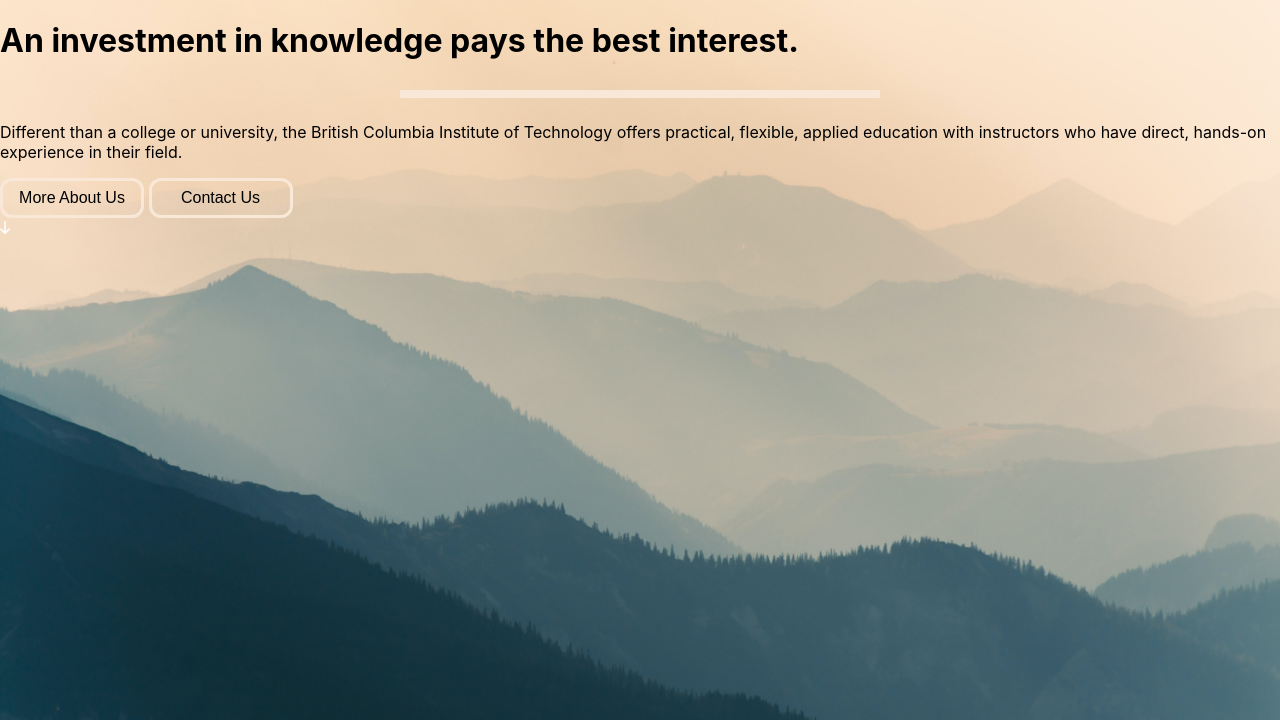
Repository: SaraShio/A01314209_Sara_Shiojima
Page: /
The author's editor kept a copy of each file at every save. The page is drawn from the files as they stood at one save, then again after the next save.
The browser window is 1280 px wide. The pictures show the whole page.
The project was rebuilt for these pictures with package versions that can differ from the ones it lists, and the page was loaded fresh each time. The framework's server and built-in components were replaced by stand-ins that run in the browser. Also part of the build but not shown: next.config.js.

Above is the page before, as saved 2023-02-07 22:43:58.

### pages/index.js
import Head from 'next/head'
import Image from 'next/image'
import styles from '../styles/Home.module.css'
import Link from 'next/link'
import Arrow from '../components/Arrow'

export default function Home() {
  return (
    <>
      <Head>
        <title>Home</title>
        <meta name="author" content="MDIA 2109" />
        <meta property="og:title" content="Assignment #1 - Home Page" />
        <meta property="og:description" content="BCIT Digital Design and Development Diploma" />
        <link rel="icon" href='/favicon.png' />
      </Head>

      <main className={styles.main}>
        <div className={styles.content}>
          <header>
            <h1>An investment in knowledge pays the best interest.</h1>
          </header>
          <hr className={styles.line}></hr>
          <p>Different than a college or university, the British Columbia Institute of Technology offers practical, flexible, applied education with instructors who have direct, hands-on experience in their field.</p>
          <div>
            <a href='/about'> <button className={styles.button}>More About Us</button></a>

            <a href='/contact'> <button className={styles.button}>Contact Us</button></a>
          </div>
        </div>
        <Arrow page="Home" />
      </main>
    </>
  )
}

### styles/globals.css
:root{
  --beige:#f9e8d8;
  --black: #000000;
  }


html,
body {
  padding: 0;
  margin: 0;
  font-family: -apple-system, BlinkMacSystemFont, Segoe UI, Roboto, Oxygen,
    Ubuntu, Cantarell, Fira Sans, Droid Sans, Helvetica Neue, sans-serif;
}

a {
  color: inherit;
  text-decoration: none;
}

* {
  box-sizing: border-box;
}

@media (prefers-color-scheme: dark) {
  html {
    color-scheme: dark;
  }
  body {
    color: white;
    background: black;
  }
}

### styles/Home.module.css

.main{
background-image: url(../public/background-images/backgroundMountain.jpg);
height: 100vh;
width: 100vw;
 background-size: cover;
  background-repeat:no-repeat;
  background-position:center;
}



.content{
    display: flex;
    flex-direction: column;
    justify-content: center;
    align-items: left;
}

.button{
background-color: transparent;
border: 0.2rem solid var(--beige);
height: 2.5rem;
width: 9rem;
font-size: 1rem;
border-radius: 0.75rem;
}

.line{
    width: 30rem;
    height: 0.5rem;
    background-color: var(--beige);
border: none;
}

### components/Arrow/index.js
import styles from './Arrow.module.css'

export default function Arrow({
    page = "home",
}) {
    return (

        page.toLowerCase() === "home" ?
            <div className={styles.arrow}><a><span><img src={'public/icons/downwardArrow.png'} /></span></a>
            </div> :
            page.toLowerCase() === "about" ?
                <div className={styles.arrow}><a><span><img src={'public/icons/upwardArrow.png'} /></span></a>
                    <a><span><img src={'public/icons/downwardArrow.png'} /></span></a>
                </div> :
                page.toLowerCase() === "contact" ?
                    <div className={styles.arrow}><a href="/about"><span><img src={'public/icons/upwardArrow.png'} /></span></a>
                    </div> :
                    <div className={styles.arrow}><a href="/"><span><img src={'public/icons/downwardArrow.png'} /></span></a>
                    </div>
    )
}

### components/Arrow/Arrow.module.css
.arrow{
    color: pink;
    bottom:20px;
}


.arrow > a > span > img{
    width: 10px;
}

Loaded but not shown: pages/_app.js (common file)

After the next save:
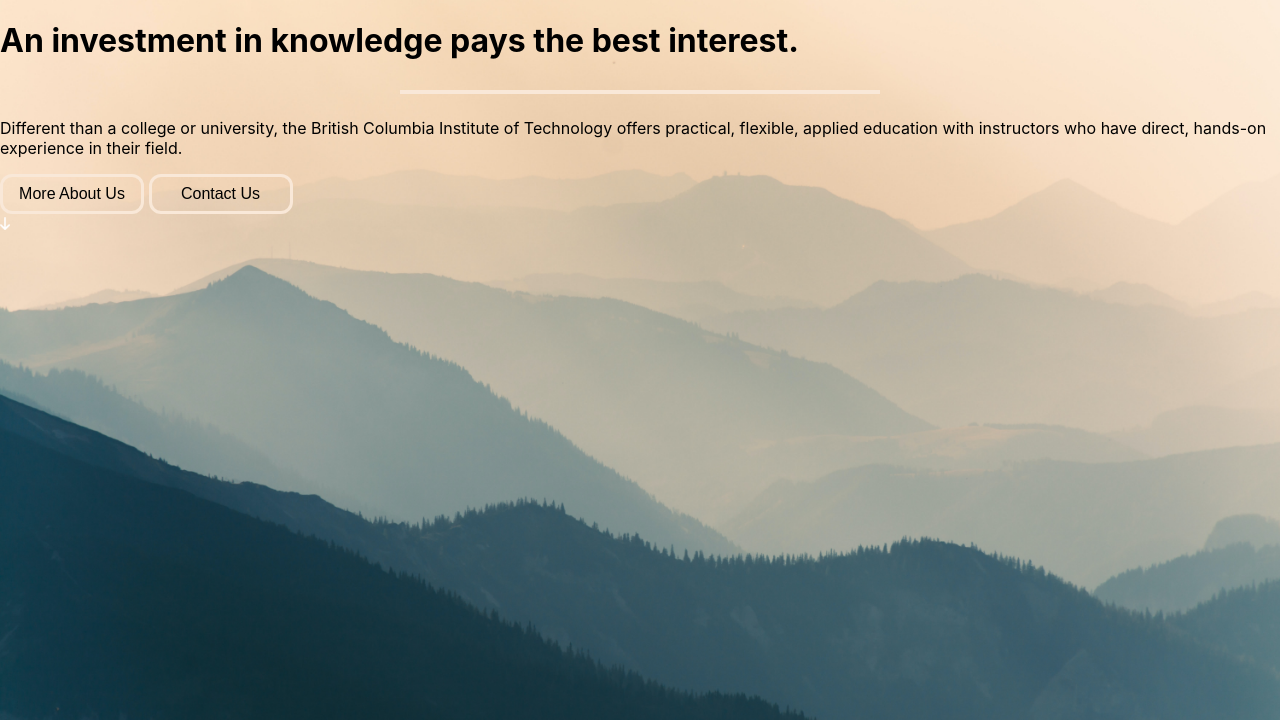
Saved 7 s later.
--- a/styles/Home.module.css
+++ b/styles/Home.module.css
@@ -28,7 +28,7 @@
 
 .line{
     width: 30rem;
-    height: 0.5rem;
+    height: 0.25rem;
     background-color: var(--beige);
 border: none;
 }
